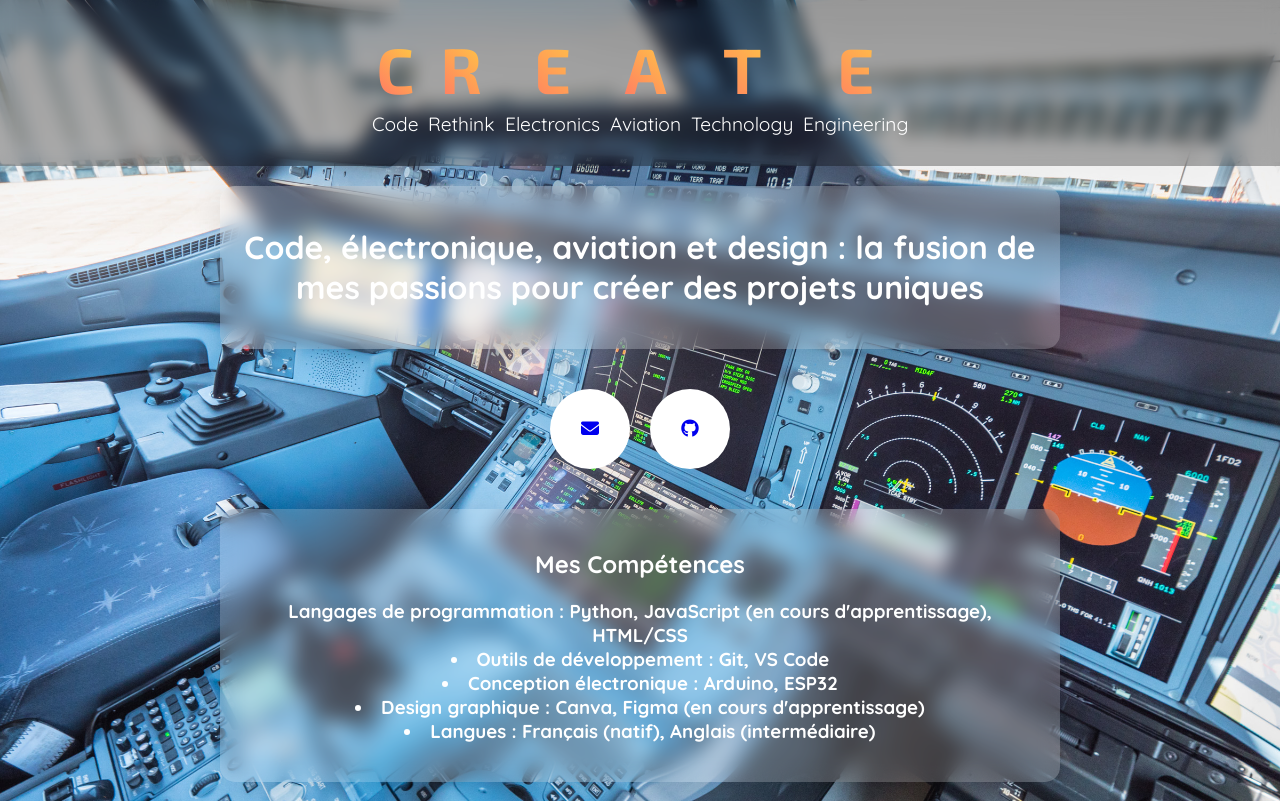
Repository: nlagardere/myportfolio
Page: index.html
An editor plug-in stored every save of this project. The page is shown before and after a run of saves, followed by the edit.
The browser window is 1280 px wide. The pictures show the whole page.

Above is the page before, as saved 2025-09-06 10:09:16.

### index.html
<!DOCTYPE html>
<html lang="fr">
<head>
  <meta charset="UTF-8">
  <meta name="viewport" content="width=device-width, initial-scale=1.0">
  <title>Portfolio</title>

  <!-- Google Fonts -->
  <link href="https://fonts.googleapis.com/css2?family=Exo+2:wght@400;700&family=Quicksand:wght@400;700&display=swap" rel="stylesheet">
  <!-- Font Awesome -->
  <link rel="stylesheet" href="https://cdnjs.cloudflare.com/ajax/libs/font-awesome/6.5.0/css/all.min.css">

  <style>
    /* ========== BODY & LAYOUT ========== */
    body {
      font-family: 'Quicksand', sans-serif;
      margin: 0;
      padding: 0;
      min-height: 100vh;
      display: flex;
      flex-direction: column;       /* empile header, contenu, footer verticalement */
      justify-content: space-between; /* espace entre header/contenu et footer */
      background: url('a350.jpg') no-repeat center center;
      background-size: cover;
      color: #333;
    }

    header {
      text-align: center;
      padding: 30px 20px;
      background: rgba(0,0,0,0.3);
      backdrop-filter: blur(8px);
      color: white;
    }

    .glasscard {
      background: rgba(255, 255, 255, 0.2);
      border-radius: 15px;
      padding: 20px;
      margin: 20px auto;
      max-width: 800px;
      backdrop-filter: blur(10px);
      box-shadow: 0 4px 30px rgba(0, 0, 0, 0.1);
      color: white;
      text-align: center;
      animation: zoomPop 1s ease forwards;
    }

    /* ========== ACRONYM ========== */
    .acronym-container {
      display: flex;
      justify-content: center;
      gap: 10px;
      flex-wrap: wrap;
      perspective: 1000px;
    }

    .letter-block {
      flex: none;
      text-align: center;
      opacity: 0;
      transform: scale(0.1) translateZ(-800px);
      animation: zoomPop 0.8s cubic-bezier(0.25, 1.5, 0.5, 1) forwards;
    }

    .letter-block:nth-child(1) { animation-delay: 0s; }
    .letter-block:nth-child(2) { animation-delay: 0.1s; }
    .letter-block:nth-child(3) { animation-delay: 0.2s; }
    .letter-block:nth-child(4) { animation-delay: 0.3s; }
    .letter-block:nth-child(5) { animation-delay: 0.4s; }
    .letter-block:nth-child(6) { animation-delay: 0.5s; }

    .letter-block .letter {
      font-size: 4em;
      font-weight: bold;
      font-family: 'Exo 2', sans-serif;
      background: linear-gradient(45deg, #FF6B6B, #FFD93D);
      -webkit-background-clip: text;
      -webkit-text-fill-color: transparent;
      transition: filter 0.2s;
    }

    .letter-block .letter:hover {
      filter: brightness(1.2);
    }

    .letter-block .desc {
      font-size: 1.2em;
      margin-top: 5px;
    }

    @keyframes zoomPop {
      0% { opacity: 0; transform: scale(0.1) translateZ(-800px); }
      60% { opacity: 1; transform: scale(1.2) translateZ(50px); }
      80% { transform: scale(0.95) translateZ(0); }
      100% { opacity: 1; transform: scale(1) translateZ(0); }
    }

    /* ========== SOCIAL ICONS ========== */
    .wrapper {
      display: inline-flex;
      justify-content: center;
      list-style: none;
      padding: 20px 0;
      margin: 0 auto;
    }

    .wrapper .icon {
      position: relative;
      background: #ffffff;
      border-radius: 50%;
      padding: 15px;
      margin: 0 10px;
      width: 50px;
      height: 50px;
      font-size: 18px;
      display: flex;
      justify-content: center;
      align-items: center;
      cursor: pointer;
      transition: all 0.2s cubic-bezier(0.68, -0.55, 0.265, 1.55);
    }

    /* Tooltip */
    .wrapper .tooltip {
      position: absolute;
      bottom: 100%;           /* au-dessus de l’icône */
      left: 50%;
      transform: translateX(-50%) translateY(-10px);
      font-size: 14px;
      background: #333;
      color: #fff;
      padding: 5px 8px;
      border-radius: 5px;
      box-shadow: 0 4px 10px rgba(0,0,0,0.2);
      opacity: 0;
      pointer-events: none;
      white-space: nowrap;
      transition: all 0.3s cubic-bezier(0.68, -0.55, 0.265, 1.55);
      z-index: 10;
    }

    .wrapper .tooltip::before {
      content: "";
      position: absolute;
      top: 100%;              /* triangle sous le tooltip */
      left: 50%;
      transform: translateX(-50%) rotate(45deg);
      width: 8px;
      height: 8px;
      background: #333;
    }

    .wrapper .icon:hover .tooltip {
      opacity: 1;
      pointer-events: auto;
      transform: translateX(-50%) translateY(-15px);
    }

    /* Hover colors */
    .wrapper .mail:hover,
    .wrapper .mail:hover .tooltip,
    .wrapper .mail:hover .tooltip::before {
      background: #00CED1;
      color: #ffffff;
    }

    .wrapper .github:hover,
    .wrapper .github:hover .tooltip,
    .wrapper .github:hover .tooltip::before {
      background: #333333;
      color: #ffffff;
    }

    .compétences{
      text-align: center;
      background: rgba(255, 255, 255, 0.2);
      border-radius: 15px;
      padding: 20px;
      margin: 20px auto;
      max-width: 800px;
      backdrop-filter: blur(10px);
      box-shadow: 0 4px 30px rgba(0, 0, 0, 0.1);
      color: white;
      text-align: center;
      animation: zoomPop 1s ease forwards;
    }

    /* Responsive letters */
    @media (max-width: 600px) {
      .letter-block .letter {
        font-size: 2.5em;
      }
    }
  </style>
</head>

<body>
  <header>
    <div class="acronym-container">
      <div class="letter-block">
        <div class="letter">C</div>
        <div class="desc">Code</div>
      </div>
      <div class="letter-block">
        <div class="letter">R</div>
        <div class="desc">Rethink</div>
      </div>
      <div class="letter-block">
        <div class="letter">E</div>
        <div class="desc">Electronics</div>
      </div>
      <div class="letter-block">
        <div class="letter">A</div>
        <div class="desc">Aviation</div>
      </div>
      <div class="letter-block">
        <div class="letter">T</div>
        <div class="desc">Technology</div>
      </div>
      <div class="letter-block">
        <div class="letter">E</div>
        <div class="desc">Engineering</div>
      </div>
    </div>
  </header>

  <div class="glasscard">
    <h1>Code, électronique, aviation et design : la fusion de mes passions pour créer des projets uniques</h1>
  </div>

  <ul class="wrapper">
    <li class="icon mail">
      <a href="mailto:nathan.lagardere@gmail.com" target="_blank">
        <span class="tooltip">Mail</span>
        <i class="fas fa-envelope"></i>
      </a>
    </li>

    <li class="icon github">
      <a href="https://github.com/nlagardere" target="_blank">
        <span class="tooltip">Github</span>
        <i class="fab fa-github"></i>
      </a>
    </li>
  </ul>

  <div class="compétences">
    <h2>Mes Compétences</h2>

      <h3>Langages de programmation : Python, JavaScript (en cours d'apprentissage), HTML/CSS</li>
      <li>Outils de développement : Git, VS Code</li>
      <li>Conception électronique : Arduino, ESP32</li>
      <li>Design graphique : Canva, Figma (en cours d'apprentissage)</li>
      <li>Langues : Français (natif), Anglais (intermédiaire)</li>

  </div>

</body>
</html>

After the next 8 saves:
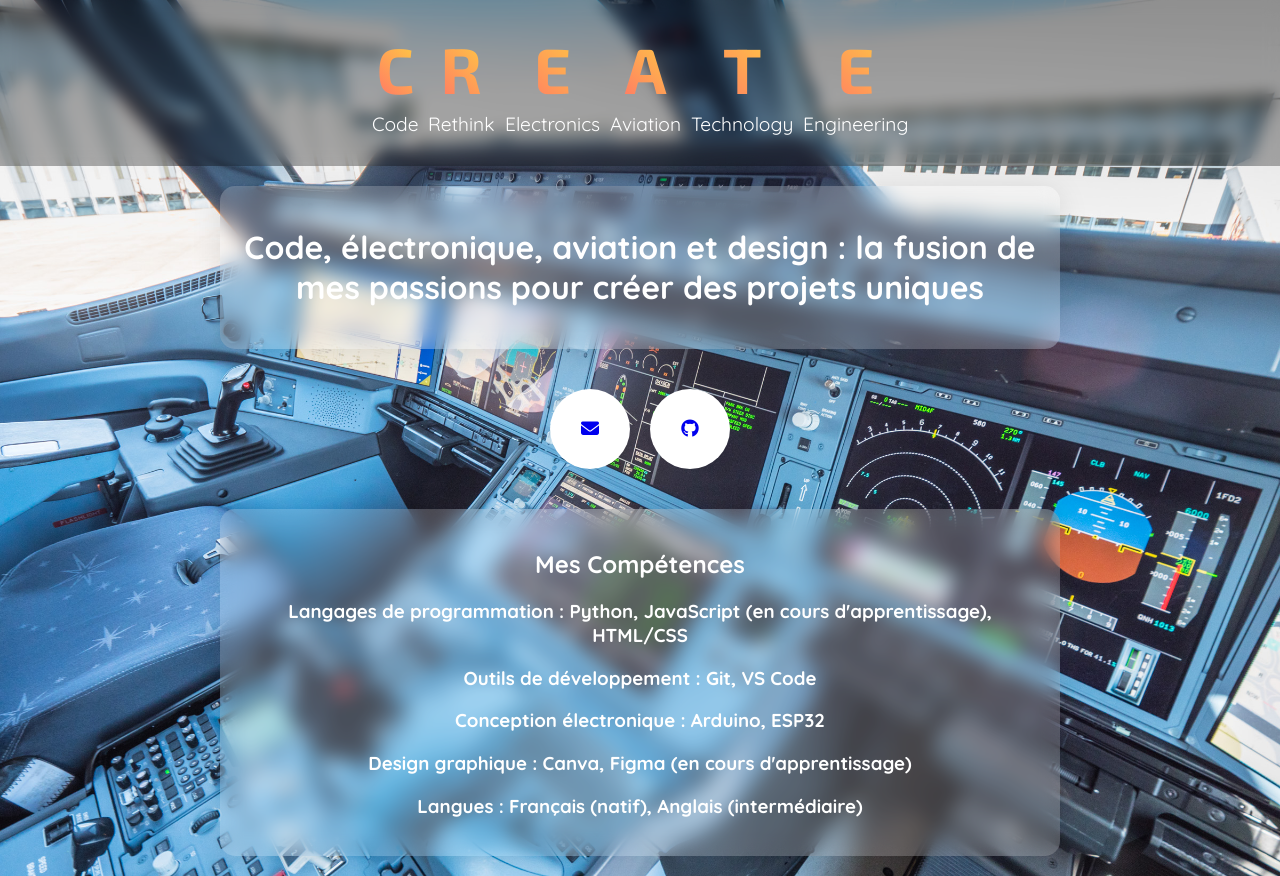
The 8 saves are shown as one change because they came seconds apart.
The last was saved 24 s later.
--- a/index.html
+++ b/index.html
@@ -249,10 +249,10 @@
     <h2>Mes Compétences</h2>
 
       <h3>Langages de programmation : Python, JavaScript (en cours d'apprentissage), HTML/CSS</li>
-      <li>Outils de développement : Git, VS Code</li>
-      <li>Conception électronique : Arduino, ESP32</li>
-      <li>Design graphique : Canva, Figma (en cours d'apprentissage)</li>
-      <li>Langues : Français (natif), Anglais (intermédiaire)</li>
+      <h3>Outils de développement : Git, VS Code</h3>
+      <h3>Conception électronique : Arduino, ESP32</h3>
+      <h3>Design graphique : Canva, Figma (en cours d'apprentissage)</h3>
+      <h3>Langues : Français (natif), Anglais (intermédiaire)</h3>
 
   </div>
 
